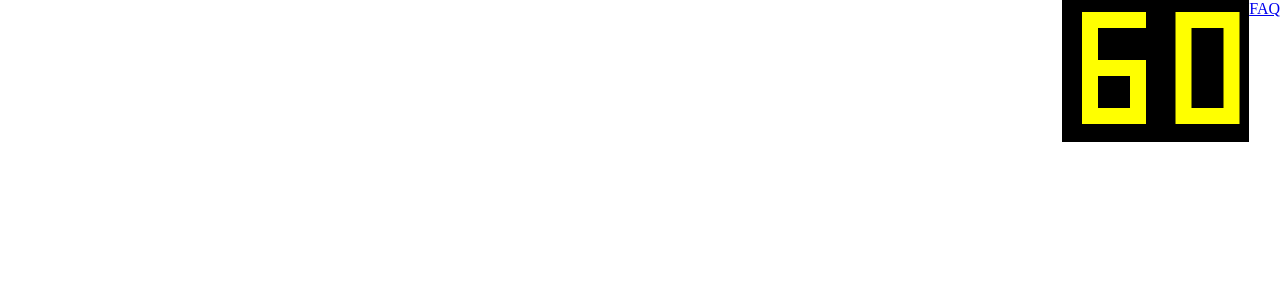
Repository: aliendetonator/fake-fraps-counter
Page: index.html
An editor plug-in stored every save of this project. The page is shown before and after the next save, followed by the edit.
The browser window is 1280 px wide. The pictures show the whole page.

Above is the page before, as saved 2023-08-31 04:16:44.

### index.html
<!DOCTYPE html>
<html lang="en">
<head>
    <meta charset="UTF-8">
    <meta name="viewport" content="width=device-width, initial-scale=1.0">
    <title>Fake Fraps Counter</title>
    <link rel="stylesheet" href="src/fonts/fonts.css">
    <link rel="stylesheet" href="src/css/index.css">
    <script src="src/script.js" defer></script>
</head>
<body>
    <div id="counter-container">
        <h1 id="counter">60</h1>
    </div>
    <footer><a href="faq.html">FAQ</footer>
</body>
</html>

### src/fonts/fonts.css
@font-face {
    font-family: "fraps";
    src: url("fraps.ttf")
}

### src/css/index.css
*{
    margin:0;
    padding:0;
}

body{
    width: 100%;
    display: flex;
    flex-direction: row;
    justify-content: flex-end;
}

#counter-container {
    width: fit-content;
    height: fit-content;
    background-color: yellow;
    overflow: hidden;
}

#counter {
    font-family: "Fraps";
    font-size: 144pt;
    margin-bottom: -.20em;
}

### src/script.js
const counter = document.getElementById("counter");

const fps = {
    default: 60,
    min: 57,
    max: 60,
    chanceOfDefault: 80
}
const interval = {
    min: 100,
    max: 300
}

var fpsTimeout;

const getNextIntervalTime = () => {
    return Math.floor(Math.random() * (interval.max - interval.min) ) + interval.min;
}

const getNextFps = () => {

    let chancePercentage = Math.floor(Math.random()*100) + 1;

    if (chancePercentage <= fps.chanceOfDefault) return fps.default;

    return Math.floor(Math.random() * (fps.max - fps.min) ) + fps.min;
}

const setNextInterval = () => {
    fpsTimeout = setTimeout(()=>{

        counter.innerText = getNextFps();

        setNextInterval();
    }
    ,getNextIntervalTime())
}

const main = () => {
    setNextInterval();
}

main();

After the next save:
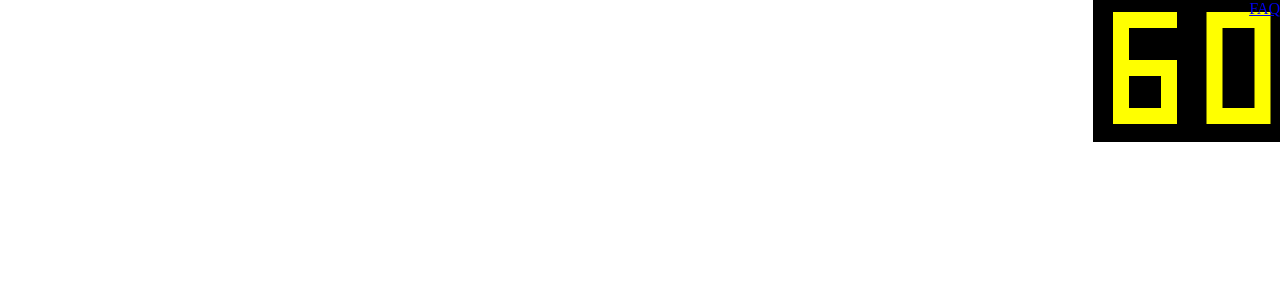
Saved 16 s later.
--- a/src/css/index.css
+++ b/src/css/index.css
@@ -22,3 +22,7 @@ body{
     font-size: 144pt;
     margin-bottom: -.20em;
 }
+
+footer{
+    position: absolute;
+}
